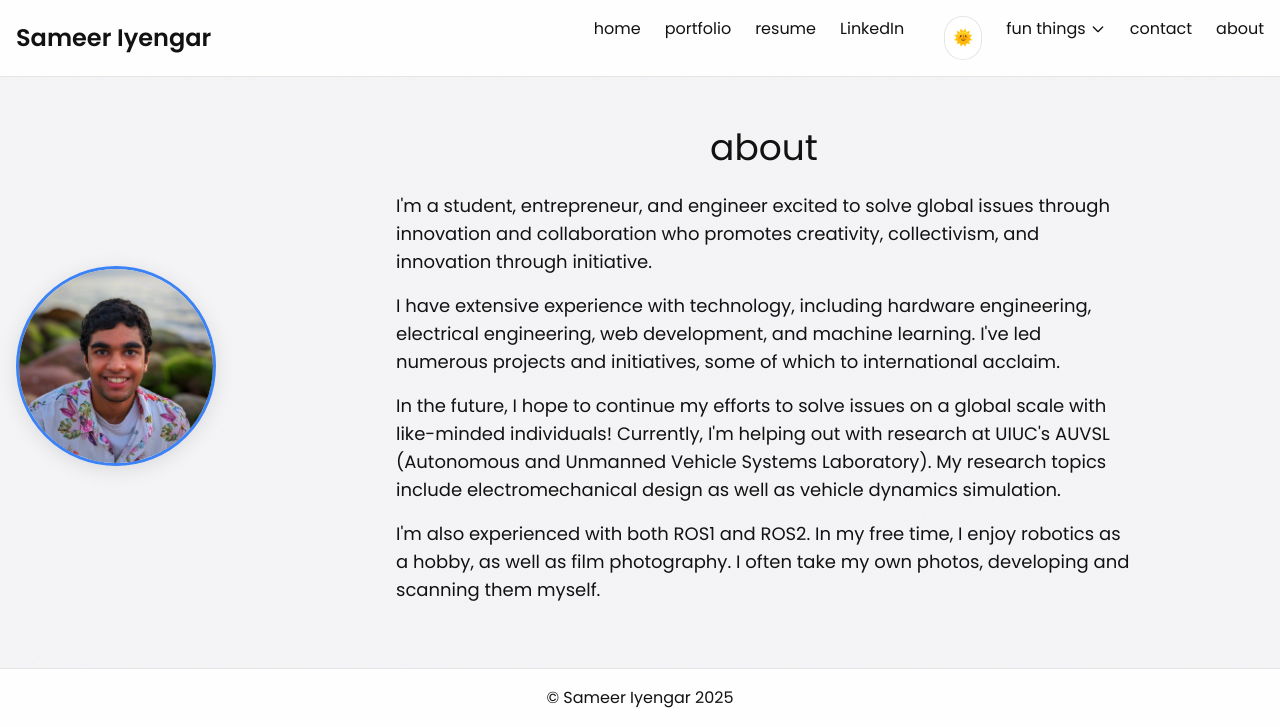
Repository: siyengar04/siyengar04.github.io
Page: about.html
An editor plug-in stored every save of this project. The page is shown before and after the next save, followed by the edit.
The browser window is 1280 px wide. The pictures show the whole page.

Above is the page before, as saved 2025-10-10 01:07:58.

After the next save:
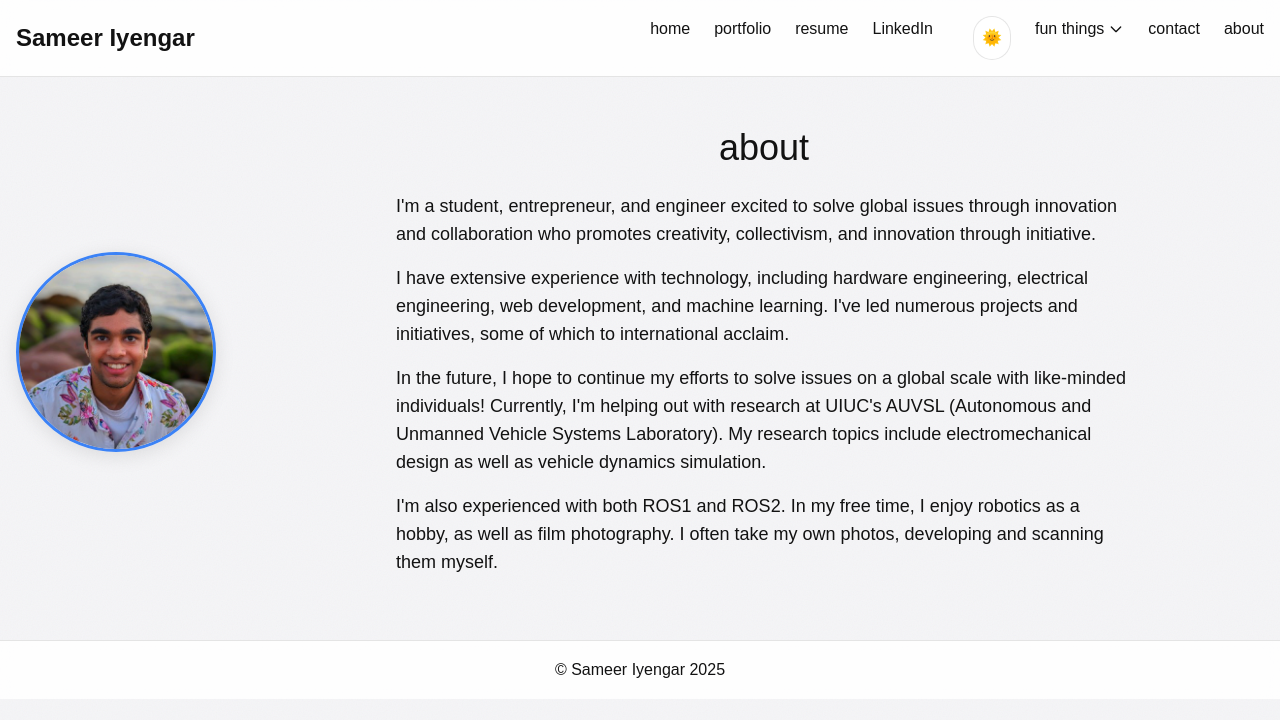
Saved 7 s later.
--- a/about.html
+++ b/about.html
@@ -3,10 +3,10 @@
 
 <head>
     <script>
-    if (localStorage.theme === 'dark' ||
-        (!('theme' in localStorage) && window.matchMedia('(prefers-color-scheme: dark)').matches)) {
-        document.documentElement.classList.add('dark-theme');
-    }
+        if (localStorage.theme === 'dark' ||
+            (!('theme' in localStorage) && window.matchMedia('(prefers-color-scheme: dark)').matches)) {
+            document.documentElement.classList.add('dark-theme');
+        }
     </script>
     <meta charset="UTF-8">
     <meta name="viewport" content="width=device-width, initial-scale=1.0">
@@ -47,7 +47,7 @@
         }
 
         body {
-            font-family: 'Poppins', sans-serif;
+            font-family: 'DM Mono', sans-serif;
             background: var(--bg-primary);
             color: var(--text-primary);
             transition: background 0.5s ease, color 0.3s ease;
@@ -96,7 +96,8 @@
 
         /* About section */
         #about {
-            padding: 8rem 0 4rem; /* Adjusted for fixed header */
+            padding: 8rem 0 4rem;
+            /* Adjusted for fixed header */
             min-height: calc(100vh - 120px);
             display: flex;
             flex-direction: column;
@@ -179,8 +180,10 @@
             <h1 class="text-2xl font-semibold">Sameer Iyengar</h1>
             <div class="md:hidden">
                 <button id="nav-toggle" class="focus:outline-none">
-                    <svg xmlns="http://www.w3.org/2000/svg" class="w-6 h-6" fill="none" viewBox="0 0 24 24" stroke="currentColor">
-                        <path stroke-linecap="round" stroke-linejoin="round" stroke-width="2" d="M4 6h16M4 12h16m-7 6h7" />
+                    <svg xmlns="http://www.w3.org/2000/svg" class="w-6 h-6" fill="none" viewBox="0 0 24 24"
+                        stroke="currentColor">
+                        <path stroke-linecap="round" stroke-linejoin="round" stroke-width="2"
+                            d="M4 6h16M4 12h16m-7 6h7" />
                     </svg>
                 </button>
             </div>
@@ -200,8 +203,10 @@
                     <li class="relative group">
                         <button class="flex items-center">
                             fun things
-                            <svg class="w-4 h-4 ml-1" fill="none" stroke="currentColor" viewBox="0 0 24 24" xmlns="http://www.w3.org/2000/svg">
-                                <path stroke-linecap="round" stroke-linejoin="round" stroke-width="2" d="M19 9l-7 7-7-7"></path>
+                            <svg class="w-4 h-4 ml-1" fill="none" stroke="currentColor" viewBox="0 0 24 24"
+                                xmlns="http://www.w3.org/2000/svg">
+                                <path stroke-linecap="round" stroke-linejoin="round" stroke-width="2"
+                                    d="M19 9l-7 7-7-7"></path>
                             </svg>
                         </button>
                         <div class="absolute left-0 hidden pt-2 group-hover:block desktop-dropdown-menu">
@@ -224,10 +229,19 @@
                 <div class="about-content">
                     <h2 class="mb-6 text-4xl font-boldtext-center md:text-center">about</h2>
                     <div class="space-y-4 text-lg">
-                        <p>I'm a student, entrepreneur, and engineer excited to solve global issues through innovation and collaboration who promotes creativity, collectivism, and innovation through initiative.</p>
-                        <p>I have extensive experience with technology, including hardware engineering, electrical engineering, web development, and machine learning. I've led numerous projects and initiatives, some of which to international acclaim.</p>
-                        <p>In the future, I hope to continue my efforts to solve issues on a global scale with like-minded individuals! Currently, I'm helping out with research at UIUC's AUVSL (Autonomous and Unmanned Vehicle Systems Laboratory). My research topics include electromechanical design as well as vehicle dynamics simulation.</p>
-                        <p>I'm also experienced with both ROS1 and ROS2. In my free time, I enjoy robotics as a hobby, as well as film photography. I often take my own photos, developing and scanning them myself.</p>
+                        <p>I'm a student, entrepreneur, and engineer excited to solve global issues through innovation
+                            and collaboration who promotes creativity, collectivism, and innovation through initiative.
+                        </p>
+                        <p>I have extensive experience with technology, including hardware engineering, electrical
+                            engineering, web development, and machine learning. I've led numerous projects and
+                            initiatives, some of which to international acclaim.</p>
+                        <p>In the future, I hope to continue my efforts to solve issues on a global scale with
+                            like-minded individuals! Currently, I'm helping out with research at UIUC's AUVSL
+                            (Autonomous and Unmanned Vehicle Systems Laboratory). My research topics include
+                            electromechanical design as well as vehicle dynamics simulation.</p>
+                        <p>I'm also experienced with both ROS1 and ROS2. In my free time, I enjoy robotics as a hobby,
+                            as well as film photography. I often take my own photos, developing and scanning them
+                            myself.</p>
                     </div>
                 </div>
             </div>
@@ -256,7 +270,7 @@
 
         // Check for saved preference or system preference
         const savedTheme = localStorage.getItem('theme') ||
-                         (window.matchMedia('(prefers-color-scheme: dark)').matches ? 'dark' : 'light');
+            (window.matchMedia('(prefers-color-scheme: dark)').matches ? 'dark' : 'light');
 
         if (savedTheme === 'dark') document.documentElement.classList.add('dark-theme');
 
@@ -279,4 +293,5 @@
         updateIcons();
     </script>
 </body>
+
 </html>
